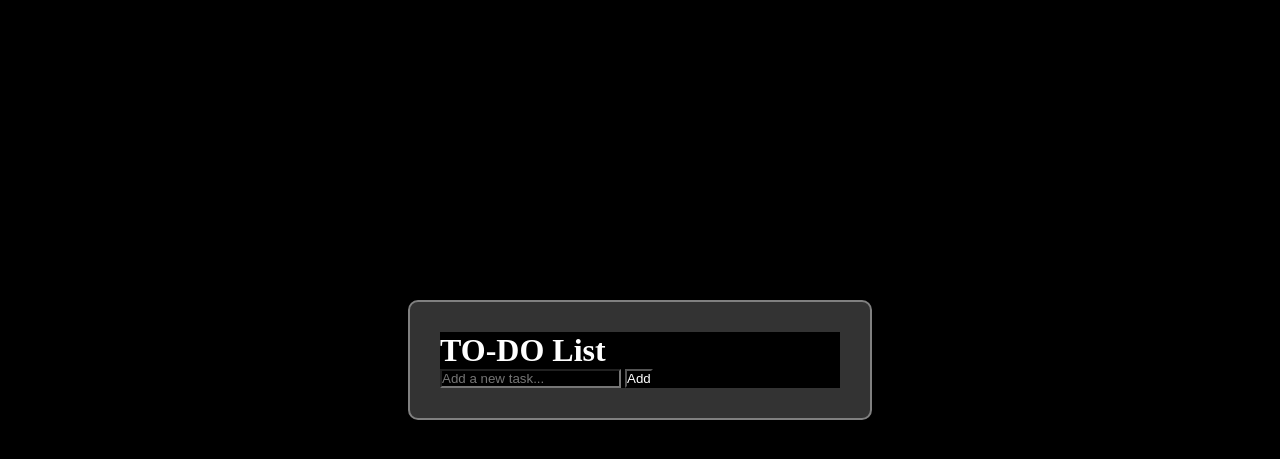
Repository: ksusmitha879-cyber/todo-list
Page: index.html
These files come from the project's save history. The page is drawn as it stood at one moment and after a run of saves; the edit follows.
The browser window is 1280 px wide. The pictures show the whole page.

Above is the page before, as saved 2025-11-28 02:26:57.

### index.html
<!DOCTYPE html>
<html lang="en">
<head>
    <meta charset="UTF-8">
    <meta name="viewport" content="width=device-width, initial-scale=1.0">
    <title>TO-DO List</title>
    <link rel="stylesheet" href="style.css">
</head>
<body>
    <div class="container">
        <h1>TO-DO List</h1>
        <div class="input-container">
            <input type="text" id="todo-input" placeholder="Add a new task..."/>
            <button>Add</button>
        </div>
    </div>
</body>
</html>

### style.css
*{
    margin: 0;
    padding: 0;
    background-color: black;
    color: white;
}

html, body{
    height: 100%;
    display: grid;
    place-items: center;
}
.container{
    padding: 30px;
    background-color: rgb(51, 51, 51);
    width: 400px;
    height: auto;
    border: 2px solid grey;
    border-radius: 10px;
}
h1{
    display: flex;
    align-items: center;
    background-color: ;
}

After the next 2 saves:
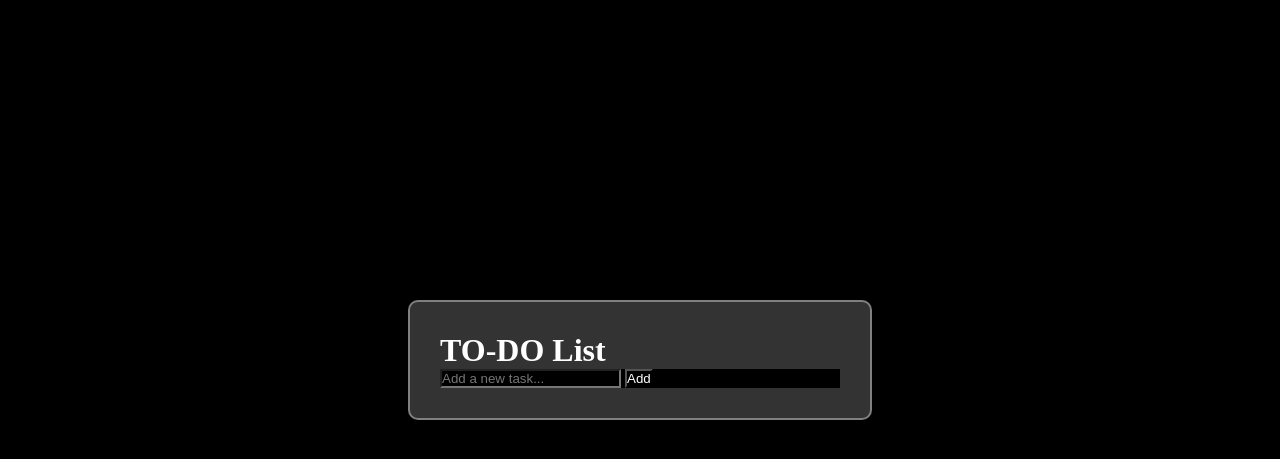
The 2 saves are shown as one change because they came seconds apart.
The last was saved 6 s later.
--- a/style.css
+++ b/style.css
@@ -21,5 +21,5 @@
 h1{
     display: flex;
     align-items: center;
-    background-color: ;
+    background-color: rgb(51, 51, 51);
 }
